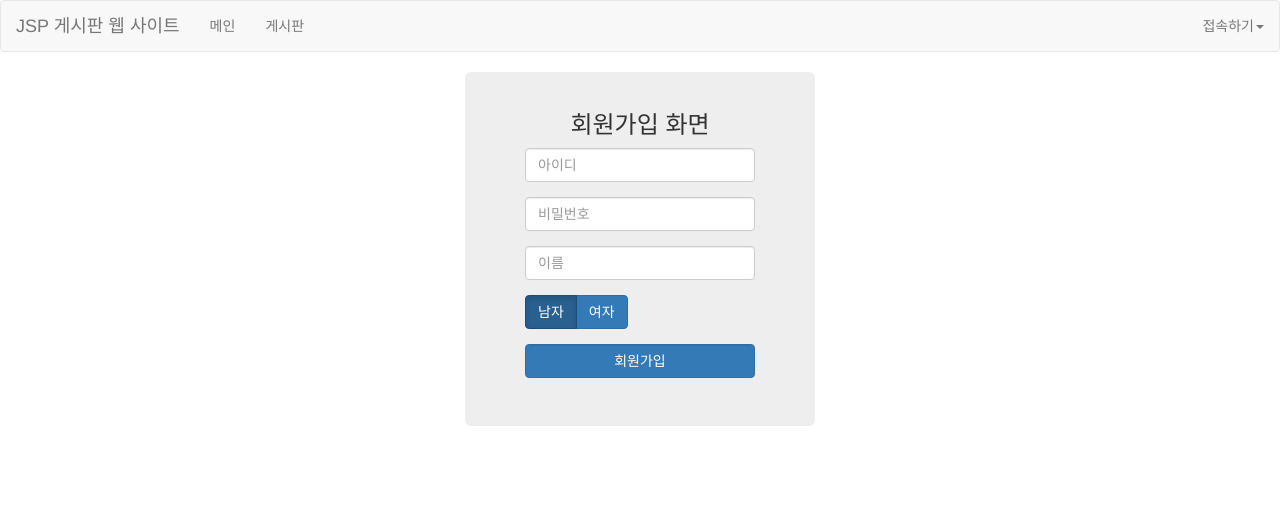
Repository: kimdy108/jsp-bbs
Page: http://localhost/BBS/join.jsp
The author's editor kept a copy of each file at every save. The page is drawn from the files as they stood at one save, then again after the next save.
The browser window is 1280 px wide. The pictures show the whole page.
Some web libraries are served in a nearby version. The page is served by Tomcat 9.

Above is the page before, as saved 2025-05-24 13:27:07.

After the next save:
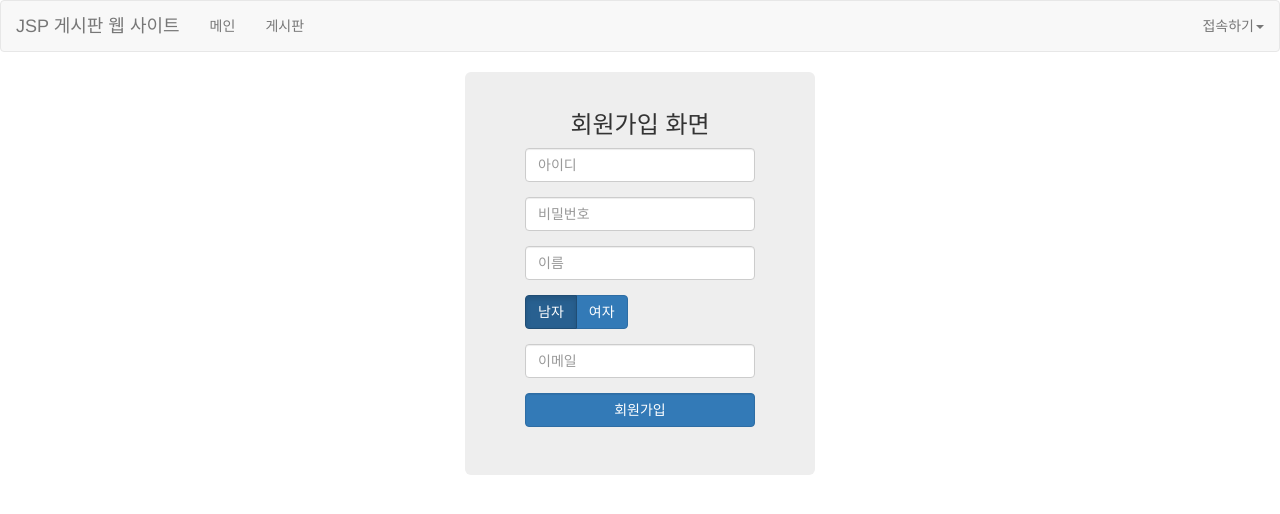
Saved 28 s later.
--- a/BBS/src/main/webapp/join.jsp
+++ b/BBS/src/main/webapp/join.jsp
@@ -63,6 +63,9 @@
 							</label>
 						</div>
 					</div>
+					<div class="form-group">
+						<input type="email" class="form-control" placeholder="이메일" name="userEmail" maxlength="20">
+					</div>
 					<input type="submit" class="btn btn-primary form-control" value="회원가입">
 				</form>
 			</div>
